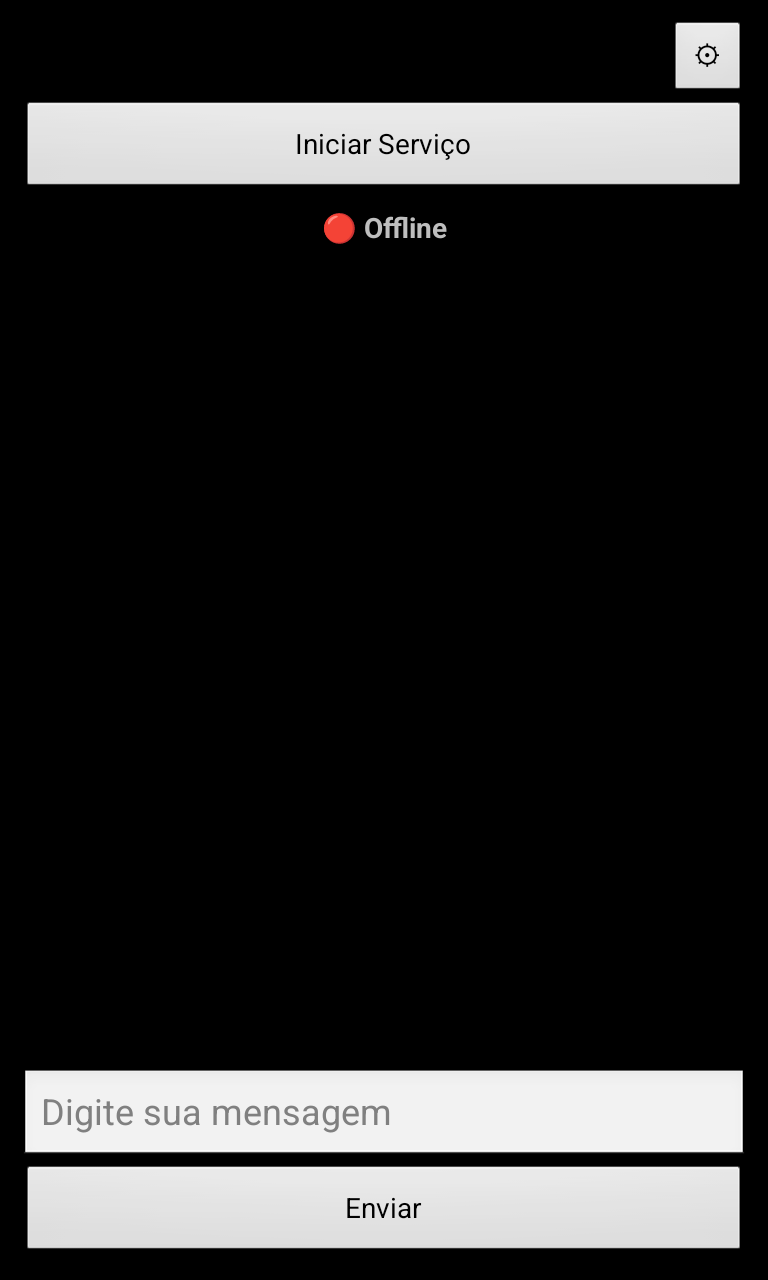
Repository: JoelmirMoura/AppMensagem
Layout: Mensagem/res/layout/main.xml
An editor plug-in stored every save of this project. The layout is shown before and after the next save, followed by the edit.
It is drawn on a 768 x 1280 px phone screen (xhdpi) without system bars, with theme android:Theme; the app's code is not run.

Above is the layout before, as saved 2026-04-27 13:53:11.

After the next save:
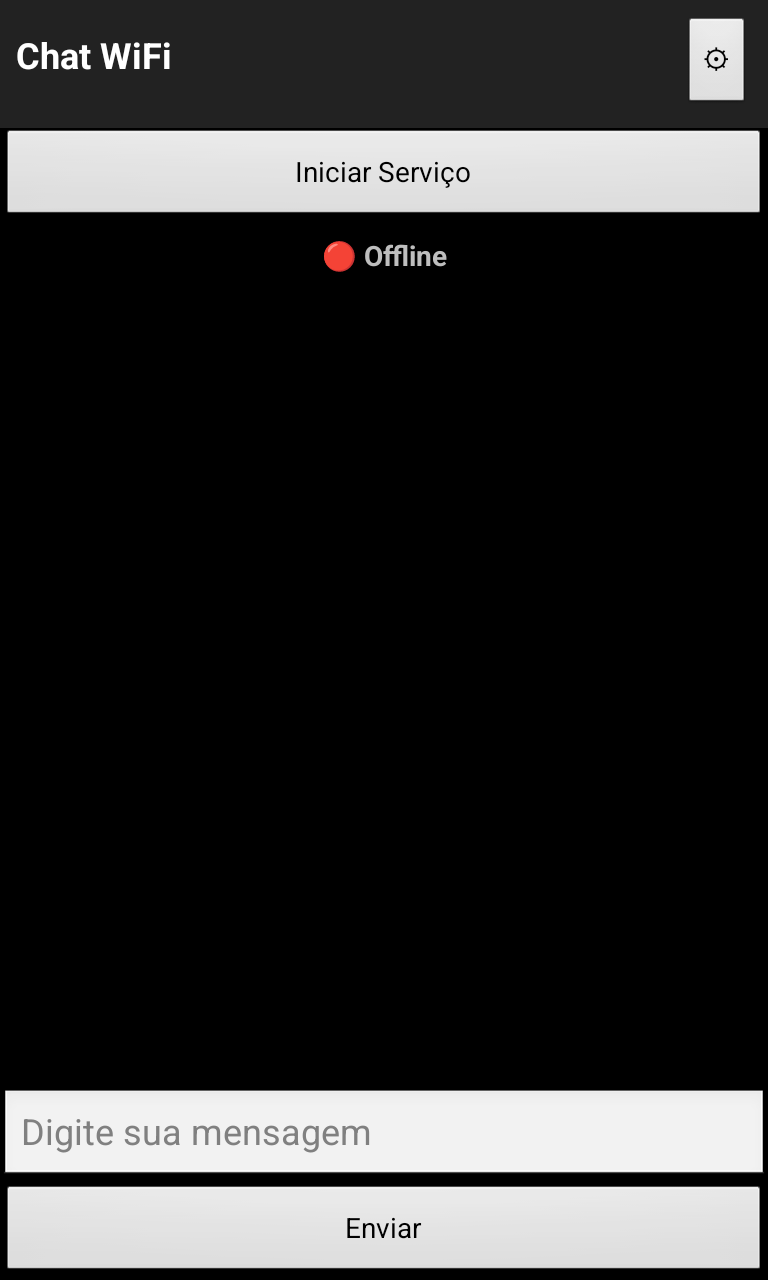
Saved 2 min 8 s later.
--- a/Mensagem/res/layout/main.xml
+++ b/Mensagem/res/layout/main.xml
@@ -1,60 +1,74 @@
 <LinearLayout xmlns:android="http://schemas.android.com/apk/res/android"
     android:orientation="vertical"
-    android:padding="10dp"
     android:layout_width="fill_parent"
     android:layout_height="fill_parent">
 
-    <!-- TOPO -->
-    <RelativeLayout
+    <!-- 🔥 BARRA SUPERIOR -->
+    <LinearLayout
         android:layout_width="fill_parent"
-        android:layout_height="wrap_content">
+        android:layout_height="wrap_content"
+        android:background="#222222"
+        android:padding="8dp"
+        android:orientation="horizontal">
+
+        <TextView
+            android:id="@+id/txtTitulo"
+            android:layout_width="0dp"
+            android:layout_weight="1"
+            android:layout_height="wrap_content"
+            android:text="Chat WiFi"
+            android:textColor="#FFFFFF"
+            android:textSize="18sp"
+            android:textStyle="bold"/>
 
         <Button
             android:id="@+id/btnConfig"
-            android:layout_width="40dp"
-            android:layout_height="40dp"
-            android:text="⚙"
-            android:layout_alignParentRight="true" />
-    </RelativeLayout>
+            android:layout_width="wrap_content"
+            android:layout_height="wrap_content"
+            android:text="⚙"/>
+    </LinearLayout>
 
+    <!-- BOTÃO SERVIDOR -->
     <Button
         android:id="@+id/btnServidor"
         android:layout_width="fill_parent"
         android:layout_height="wrap_content"
         android:text="Iniciar Serviço" />
 
+    <!-- STATUS -->
     <TextView
         android:id="@+id/txtStatus"
         android:layout_width="fill_parent"
         android:layout_height="wrap_content"
         android:text="🔴 Offline"
+        android:gravity="center"
         android:padding="6dp"
-        android:gravity="center"
         android:textStyle="bold" />
 
+    <!-- CHAT -->
     <ScrollView
         android:id="@+id/scrollChat"
         android:layout_width="fill_parent"
         android:layout_height="0dp"
-        android:layout_weight="1"
-        android:fillViewport="true">
+        android:layout_weight="1">
 
         <LinearLayout
             android:id="@+id/chatContainer"
             android:layout_width="fill_parent"
             android:layout_height="wrap_content"
             android:orientation="vertical"
-            android:padding="10dp" />
+            android:padding="10dp"/>
     </ScrollView>
 
+    <!-- DIGITAR -->
     <EditText
         android:id="@+id/editMensagem"
         android:layout_width="fill_parent"
         android:layout_height="wrap_content"
         android:hint="Digite sua mensagem"
-        android:singleLine="true"
-        android:layout_marginTop="8dp" />
+        android:singleLine="true"/>
 
+    <!-- ENVIAR -->
     <Button
         android:id="@+id/btnEnviar"
         android:layout_width="fill_parent"
